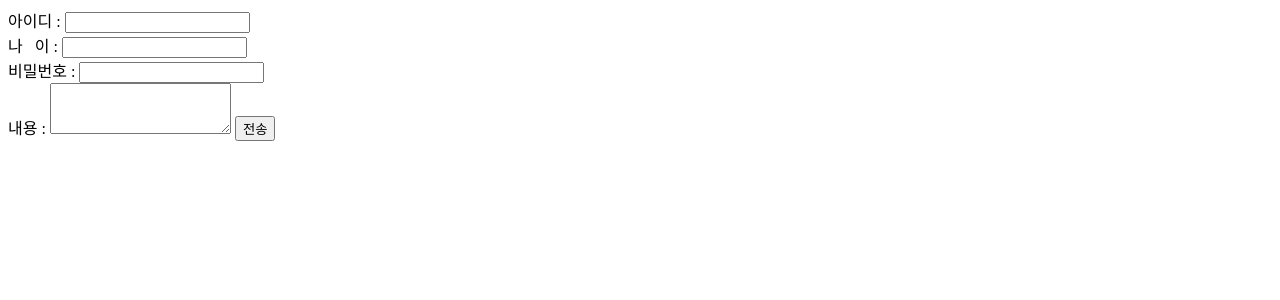
Repository: yjeongyjeong/jsp
Page: http://localhost/web-study-02/05_param.jsp
These files come from the project's save history. The page is drawn as it stood at one moment and after the next save; the edit follows.
The browser window is 1280 px wide. The pictures show the whole page.
The page is served by Tomcat 9. Other server files are loaded and not shown.

Above is the page before, as saved 2023-10-10 07:25:28.

### web-study-02/src/main/webapp/05_param.jsp
<%@ page language="java" contentType="text/html; charset=UTF-8"
	pageEncoding="UTF-8"%>
<!DOCTYPE html>
<html>
<head>
<meta charset="UTF-8">
<title>Insert title here</title>
<script type="text/javascript" src="param.js"></script>
</head>
<body>
<!-- 따옴표 치든말든 상관없음 name에서.. id는 라벨기능할때 사용됨 -->
	<form action="ParamServlet" method="post" name="frm">
		<!-- 아이디 : <input type="text" name="id"><br> -->
		<label for="id">아이디 : </label>
		<input type="text" name="id" id="id"><br>

		나&nbsp;&nbsp;&nbsp;이 : <input type="text" name=age><br>
		비밀번호 : <input type="password" name=password><br>
		내용 : <textarea rows="3" cols="20"></textarea>
		<input type="submit" value="전송" onclick = "return check()">
	<!-- 전송버튼 클릭하면 check 함수가 실행되며 전송이 막힘 -->
	</form>
</body>
</html>

### web-study-02/src/main/webapp/param.js
function check(){
	if(document.frm.id.value == ""){
		alert("아이디를 입력해주세요.");
		document.frm.id.focus();
		return false;
	} else if(document.frm.age.value == ""){
		alert("나이를 입력해주세요.")
		document.frm.age.focus();
		return false;
	} else if(isNaN(document.frm.age.value)){
		alert("숫자를 입력해주세요.")
		return false;
	} else {
		return true;
	}
}

After the next save:
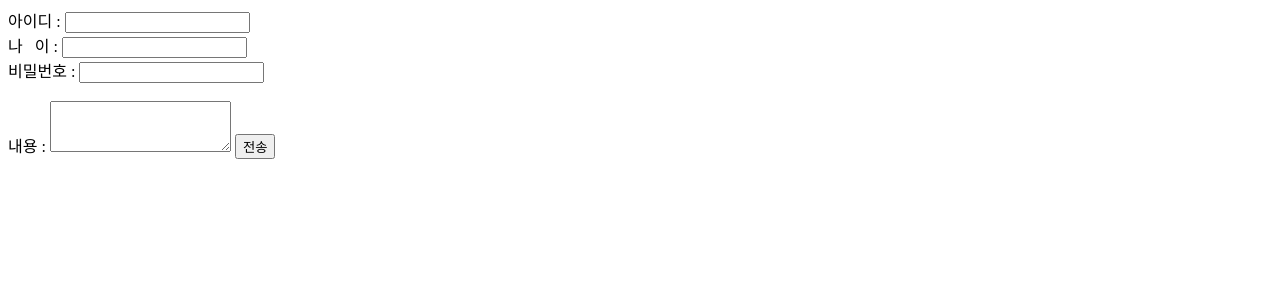
Saved 5 s later.
--- a/web-study-02/src/main/webapp/05_param.jsp
+++ b/web-study-02/src/main/webapp/05_param.jsp
@@ -15,7 +15,7 @@
 		<input type="text" name="id" id="id"><br>
 
 		나&nbsp;&nbsp;&nbsp;이 : <input type="text" name=age><br>
-		비밀번호 : <input type="password" name=password><br>
+		비밀번호 : <input type="password" name=password><br><br>
 		내용 : <textarea rows="3" cols="20"></textarea>
 		<input type="submit" value="전송" onclick = "return check()">
 	<!-- 전송버튼 클릭하면 check 함수가 실행되며 전송이 막힘 -->
